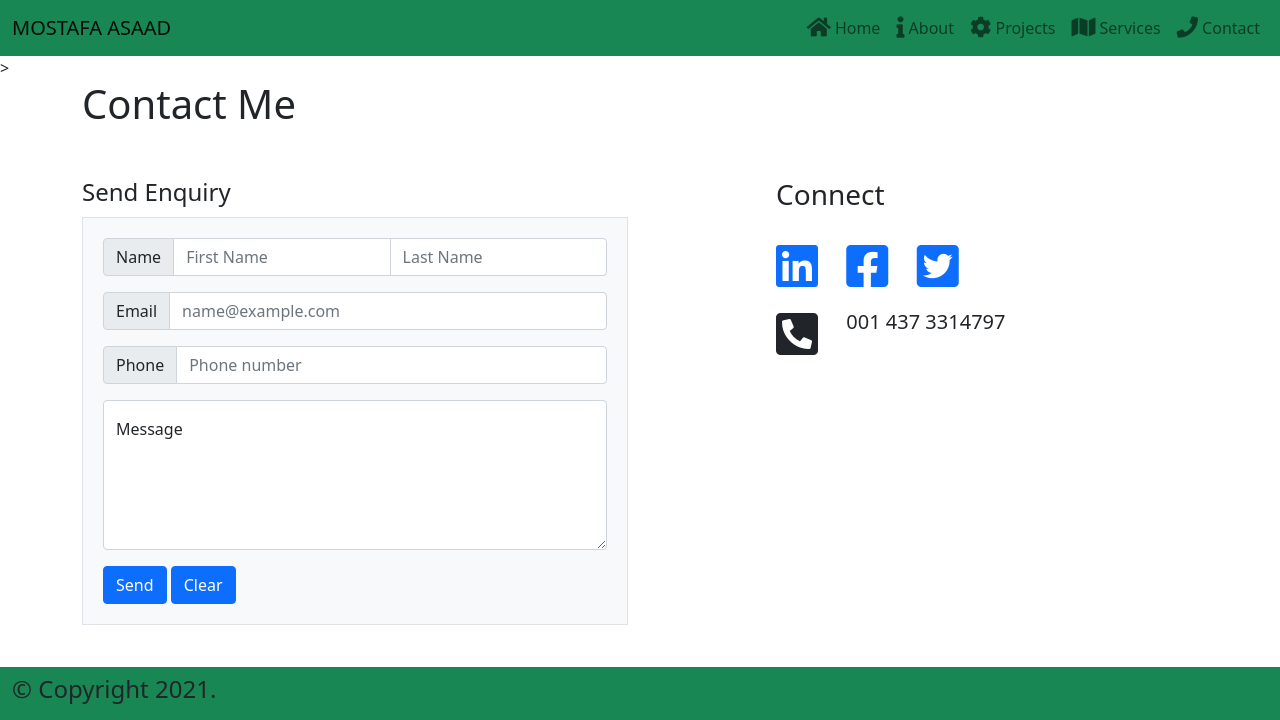
Repository: Mostafa-Asaad/Portfolio
Page: http://localhost/contact
The author's editor kept a copy of each file at every save. The page is drawn from the files as they stood at one save, then again after the next save.
The browser window is 1280 px wide. The pictures show the whole page.
The page is served by the project's Node server (index.js).

Above is the page before, as saved 2021-06-04 17:11:14.

After the next save:
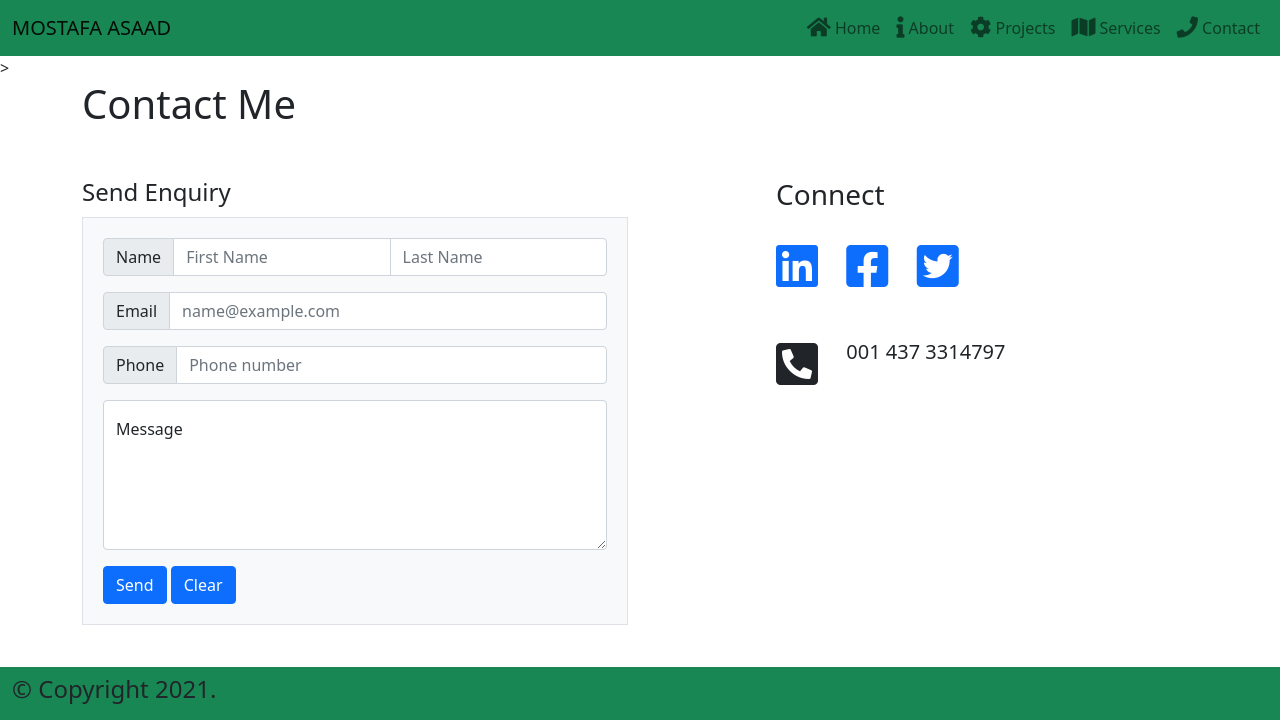
Saved 20 s later.
--- a/Server/Views/content/contact.ejs
+++ b/Server/Views/content/contact.ejs
@@ -52,7 +52,7 @@
             <div class="col-2">
               <a class="link" href="https://www.linkedin.com/in/mostafa-asaad/"><i class="fab fa-linkedin fa-3x"></i></a>
             </div>
-            <div class="col-2 margin-bottom:50px;">
+            <div class="col-2" style= "margin-bottom:30px;">
               <a class="link" href="https://www.facebook.com/"><i class="fab fa-facebook-square fa-3x"></i></a>
             </div>
             <div class="col-2">

After the save that followed:
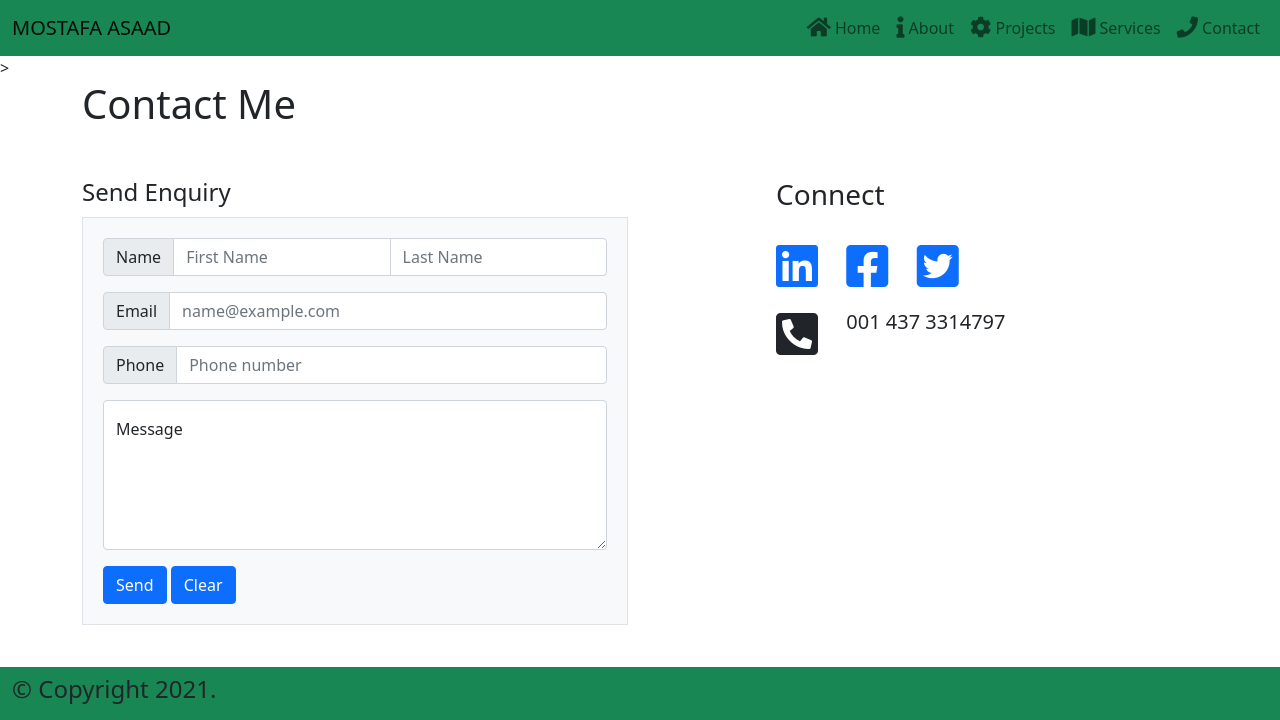
Saved 32 s later.
--- a/Server/Views/content/contact.ejs
+++ b/Server/Views/content/contact.ejs
@@ -52,7 +52,7 @@
             <div class="col-2">
               <a class="link" href="https://www.linkedin.com/in/mostafa-asaad/"><i class="fab fa-linkedin fa-3x"></i></a>
             </div>
-            <div class="col-2" style= "margin-bottom:30px;">
+            <div class="col-2">
               <a class="link" href="https://www.facebook.com/"><i class="fab fa-facebook-square fa-3x"></i></a>
             </div>
             <div class="col-2">
@@ -63,7 +63,7 @@
             <div class="col-2 margin-bottom:30px">
               <i class="fas fa-phone-square-alt fa-3x"></i>
             </div>
-            <div class="col-6 margin-bottom:30px">
+            <div class="col-6 margin:30px">
               <h5>001 437 3314797</h5>
             </div>
           </div>
